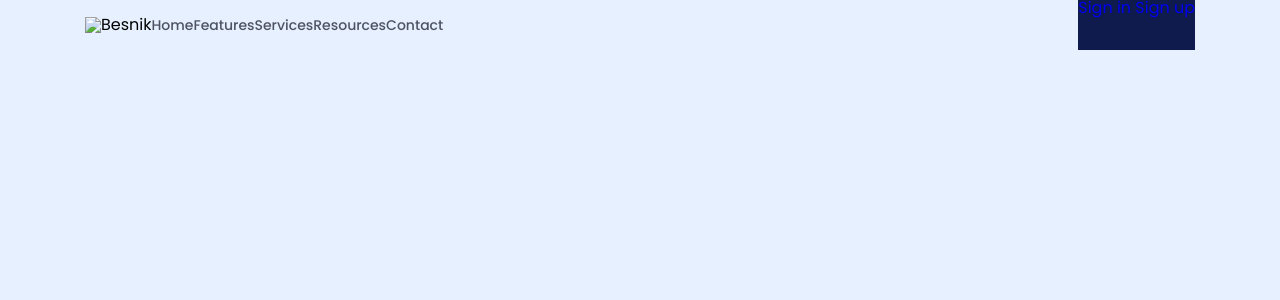
Repository: Phu2992/htmlcss-f8-01
Page: index.html
An editor plug-in stored every save of this project. The page is shown before and after the next save, followed by the edit.
The browser window is 1280 px wide. The pictures show the whole page.

Above is the page before, as saved 2024-09-25 21:49:21.

After the next save:
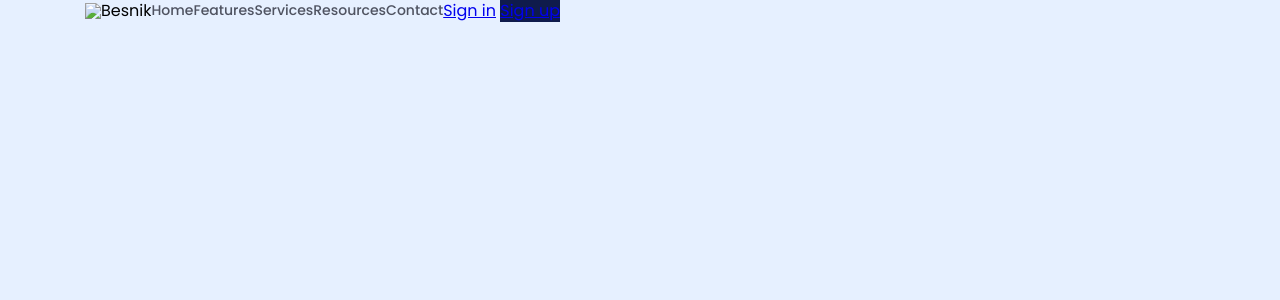
Saved 10 min 17 s later.
--- a/index.html
+++ b/index.html
@@ -21,9 +21,9 @@
                         <li>Resources</li>
                         <li>Contact</li>
                     </ul>
-                    <div class="btn nav-btn">
+                    <div class="action">
                         <a href="#!">Sign in</a>
-                        <a href="#!">Sign up</a>
+                        <a class="btn btn-action" href="#!">Sign up</a>
                     </div>
                 </nav>
             </div>
